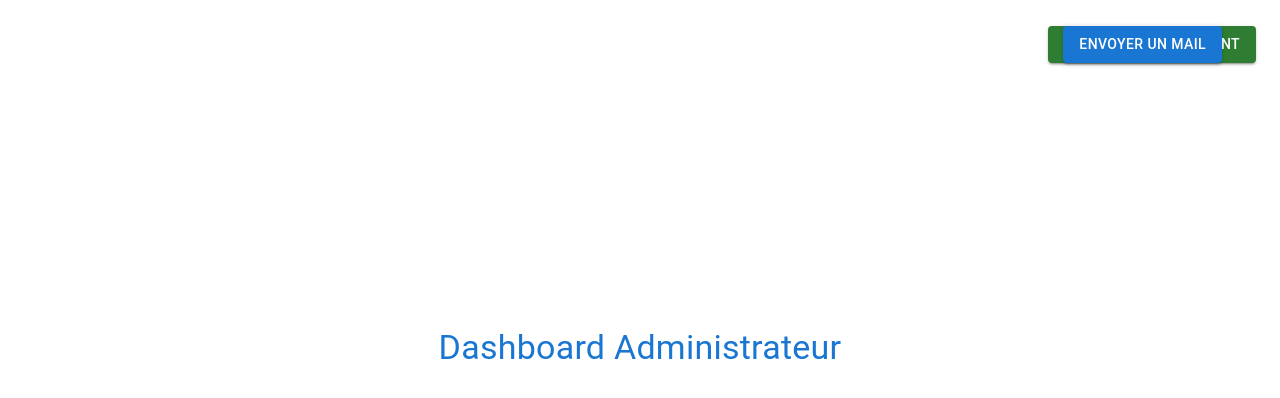
Repository: clement-chn/challenge-48h
Page: /dashboard (app in front/)
The author's editor kept a copy of each file at every save. The page is drawn from the files as they stood at one save, then again after the next save.
The browser window is 1280 px wide. The pictures show the whole page.
The project was rebuilt for these pictures with package versions that can differ from the ones it lists, and the page was loaded fresh each time. Also part of the build but not shown: front/vite.config.js.

Above is the page before, as saved 2025-04-03 12:00:14.

### front/src/App.jsx
import './App.css'
import { BrowserRouter as Router, Routes, Route, Navigate } from 'react-router-dom'
import Connexion from './Routes/connexion.jsx'
import Dashboard from './Routes/dashboard.jsx'
import Inscription from './Routes/inscriptions.jsx'

function App() {
  return (
    <>
      <Router>
        <div className="min-h-screen bg-gray-50 text-gray-900">

          <Routes>
            <Route path="/" element={<Connexion />} />
            <Route path="/dashboard" element={<Dashboard />} />
            <Route path="/inscription" element={<Inscription />} />
            <Route path="*" element={<Navigate to="/" />} />
          </Routes>
        </div>
      </Router>
    </>
  )
}

export default App

### front/src/Routes/connexion.jsx
const Connexion = () => {



}

export default Connexion;

### front/src/Routes/dashboard.jsx
import React, { useState } from 'react';
import { Button, Typography, Box, Card, CardContent, IconButton } from '@mui/material';
import EditIcon from '@mui/icons-material/Edit';
import DeleteIcon from '@mui/icons-material/Delete';
import ModalCreeEvent from '../Components/ModalCreeEvent'; // Import du nouveau composant

const AdminDashboard = () => {
  const [open, setOpen] = useState(false);
  const [events, setEvents] = useState([]); // Liste des événements
  const [eventData, setEventData] = useState({
    title: '',
    date: '',
    description: '',
  });

  // Ouvrir et fermer la modal
  const handleOpen = () => setOpen(true);
  const handleClose = () => {
    setOpen(false);
    setEventData({ title: '', date: '', description: '' }); // Réinitialiser le formulaire
  };

  // Gérer les changements dans le formulaire
  const handleChange = (e) => {
    setEventData({ ...eventData, [e.target.name]: e.target.value });
  };

  // Ajouter un nouvel événement
  const handleSubmit = (e) => {
    e.preventDefault();
    setEvents([...events, { ...eventData, id: Date.now() }]); // Ajoute l'événement avec un ID unique
    handleClose();
  };

  // Supprimer un événement
  const handleDelete = (id) => {
    setEvents(events.filter(event => event.id !== id));
  };

  return (
    <Box sx={{ p: 3 }}>
      {/* Conteneur pour positionner le bouton */}
      <Box sx={{ position: 'absolute', top: 18, right: 16, borderRadius: 1,  p: 1 }}>
        <Button variant="contained" color="success" onClick={handleOpen}> {/* Changement de la couleur en vert */}
          Ajouter un événement
        </Button>
      </Box>

      {/* Bouton pour envoyer un mail */}
      <Box sx={{ position: 'absolute', top: 18, right: 50, borderRadius: 1, p: 1 }}>
        <Button variant="contained" color="primary" onClick={() => alert('Mail envoyé !')}>
          Envoyer un mail
        </Button>
      </Box>

      <Typography variant="h4" color="primary" sx={{ mb: 3, textAlign: 'center' }}>
        Dashboard Administrateur
      </Typography>

      {/* Liste des événements */}
      {events.map((event) => (
        <Card key={event.id} sx={{ mb: 2, p: 2, display: 'flex', justifyContent: 'space-between', alignItems: 'center' }}>
          <CardContent>
            <Typography variant="subtitle2" color="textSecondary">
              {event.date}
            </Typography>
            <Typography variant="h6">{event.title}</Typography>
            <Typography variant="body2" color="textSecondary">
              {event.description}
            </Typography>
          </CardContent>
          {/* Boutons Modifier & Supprimer */}
          <Box>
            <IconButton color="primary">
              <EditIcon />
            </IconButton>
            <IconButton color="error" onClick={() => handleDelete(event.id)}>
              <DeleteIcon />
            </IconButton>
          </Box>
        </Card>
      ))}

      {/* Utilisation du composant ModalCreeEvent */}
      <ModalCreeEvent
        open={open}
        handleClose={handleClose}
        handleSubmit={handleSubmit}
        handleChange={handleChange}
        eventData={eventData}
      />
    </Box>
  );
};

export default AdminDashboard;

### front/src/Routes/inscriptions.jsx
const Inscription = () => {



}

export default Inscription;

### front/src/Components/ModalCreeEvent.jsx
import React from 'react';
import { Box, Typography, Modal, TextField, Button } from '@mui/material';

const ModalCreeEvent = ({ open, handleClose, handleSubmit, handleChange, eventData }) => {
  return (
    <Modal open={open} onClose={handleClose} aria-labelledby="modal-title">
      <Box
        sx={{
          position: 'absolute',
          top: '50%',
          left: '50%',
          transform: 'translate(-50%, -50%)',
          width: 400,
          bgcolor: 'background.paper',
          boxShadow: 24,
          p: 4,
          borderRadius: 2,
        }}
      >
        <Typography id="modal-title" variant="h6" sx={{ mb: 2 }}>
          Créer un nouvel événement
        </Typography>

        {/* Formulaire */}
        <form onSubmit={handleSubmit}>
          <TextField
            label="Titre de l'événement"
            name="title"
            fullWidth
            required
            margin="dense"
            value={eventData.title}
            onChange={handleChange}
          />
          <TextField
            label="Date"
            type="date"
            name="date"
            fullWidth
            required
            margin="dense"
            InputLabelProps={{ shrink: true }}
            value={eventData.date}
            onChange={handleChange}
          />
          <TextField
            label="Description"
            name="description"
            fullWidth
            multiline
            rows={3}
            margin="dense"
            value={eventData.description}
            onChange={handleChange}
          />

          <Box sx={{ display: 'flex', justifyContent: 'space-between', mt: 3 }}>
            <Button variant="contained" color="error" onClick={handleClose}>
              Annuler
            </Button>
            <Button variant="contained" color="primary" type="submit">
              Créer
            </Button>
          </Box>
        </form>
      </Box>
    </Modal>
  );
};

export default ModalCreeEvent;

Loaded but not shown: front/index.html (common file); front/src/main.jsx (common file); front/src/index.css (common file); front/src/App.css (common file)

After the next save:
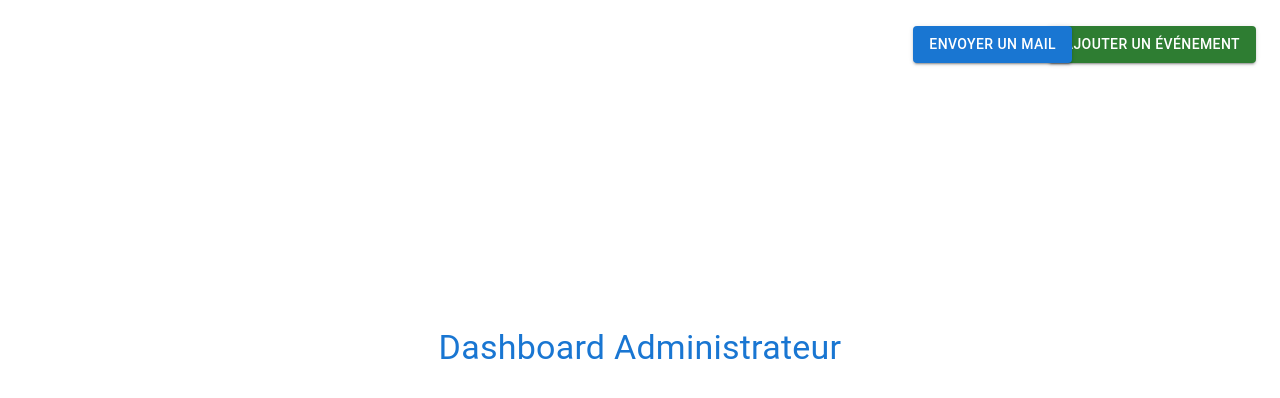
Saved 9 s later.
--- a/front/src/Routes/dashboard.jsx
+++ b/front/src/Routes/dashboard.jsx
@@ -47,7 +47,7 @@ const AdminDashboard = () => {
       </Box>
 
       {/* Bouton pour envoyer un mail */}
-      <Box sx={{ position: 'absolute', top: 18, right: 50, borderRadius: 1, p: 1 }}>
+      <Box sx={{ position: 'absolute', top: 18, right: 200, borderRadius: 1, p: 1 }}>
         <Button variant="contained" color="primary" onClick={() => alert('Mail envoyé !')}>
           Envoyer un mail
         </Button>
